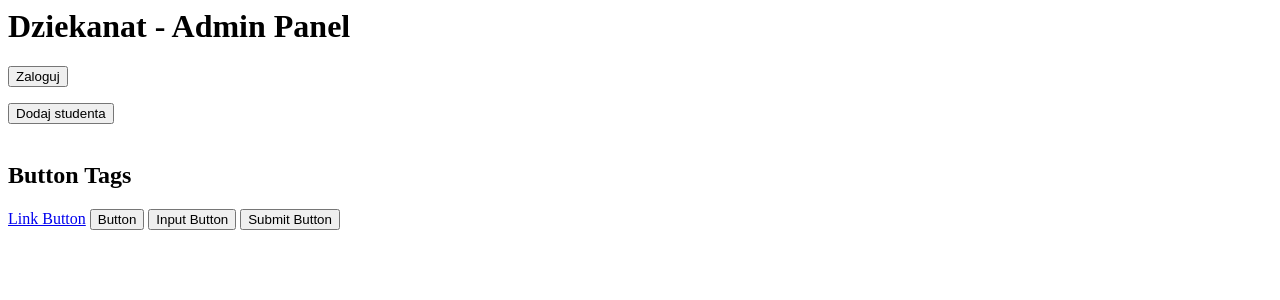
Repository: wojciechDrozd/php
Page: http://localhost/adminMenuBar.php
These files come from the project's save history. The page is drawn as it stood at one moment and after the next save; the edit follows.
The browser window is 1280 px wide. The pictures show the whole page.
The page is run by PHP 8.4 with error messages shown; the project is at /var/www/html/.

Above is the page before, as saved 2017-04-12 19:22:36.

### 1/CRUDexample/adminMenuBar.php
<div class="container">
	<div class="row">
		<div class="col-md-12">
			<h1>Dziekanat - Admin Panel</h1>
		</div>
	</div>
	<div class="row">

		<form method="post" action="ajax/login.php">
			<div class="form-group">
				<button type="submit" class="btn btn-primary">Zaloguj</button>
			</div>
		</form>

		<div class="col-md-12">
			<div class="pull-right">
				<button class="btn btn-success" data-toggle="modal"
					data-target="#add_new_record_modal">Dodaj studenta</button>
			</div>
		</div>
	</div>
	<div class="row">
		<div class="col-md-12">
			<br />
			<div class="records_content"></div>
		</div>
	</div>
</div>

<div class="container">
  <h2>Button Tags</h2>
  <a href="#" class="btn btn-info" role="button">Link Button</a>
  <button type="button" class="btn btn-info">Button</button>
  <input type="button" class="btn btn-info" value="Input Button">
  <input type="submit" class="btn btn-info" value="Submit Button">
</div>

After the next save:
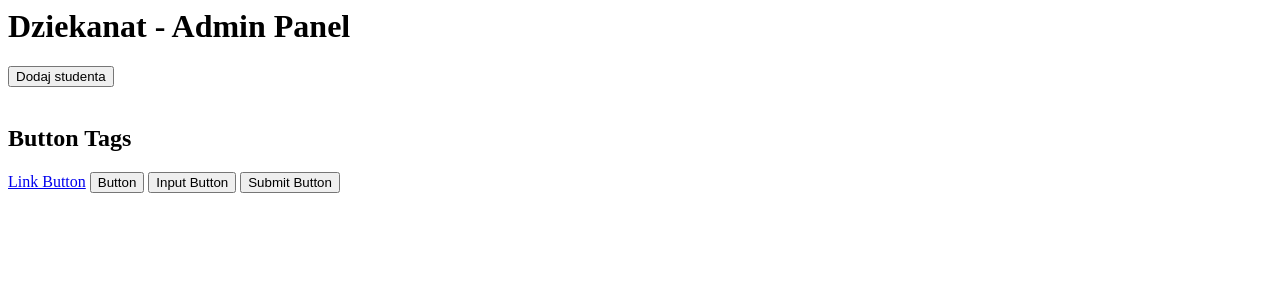
Saved 17 s later.
--- a/1/CRUDexample/adminMenuBar.php
+++ b/1/CRUDexample/adminMenuBar.php
@@ -5,12 +5,6 @@
 		</div>
 	</div>
 	<div class="row">
-
-		<form method="post" action="ajax/login.php">
-			<div class="form-group">
-				<button type="submit" class="btn btn-primary">Zaloguj</button>
-			</div>
-		</form>
 
 		<div class="col-md-12">
 			<div class="pull-right">
